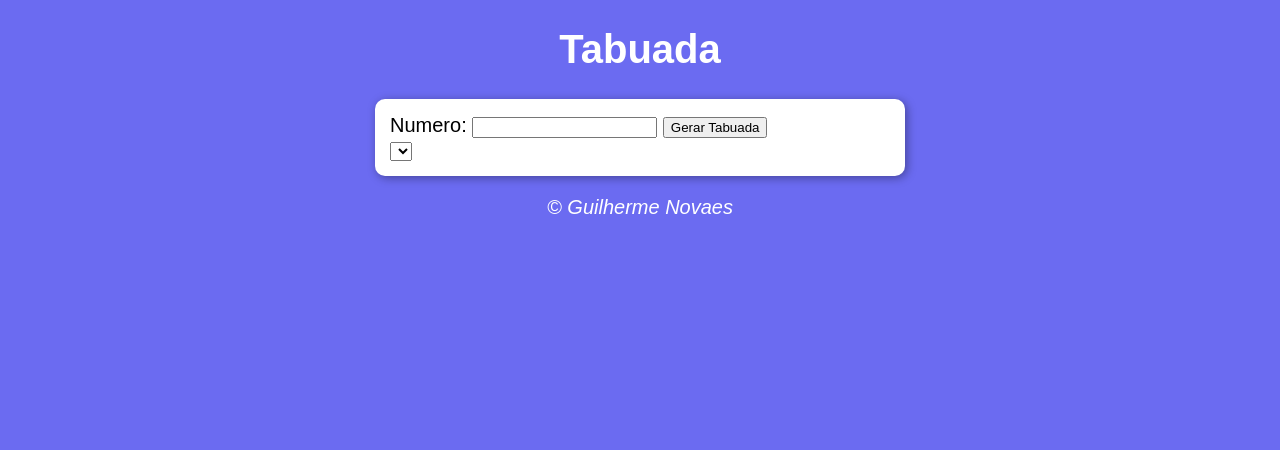
Repository: Guilherme-RNovaes/JavaScript-Curso
Page: Aula 14ex/ex017/index.html
The author's editor kept a copy of each file at every save. The page is drawn from the files as they stood at one save, then again after the next save.
The browser window is 1280 px wide. The pictures show the whole page.

Above is the page before, as saved 2022-09-10 09:11:50.

After the next save:
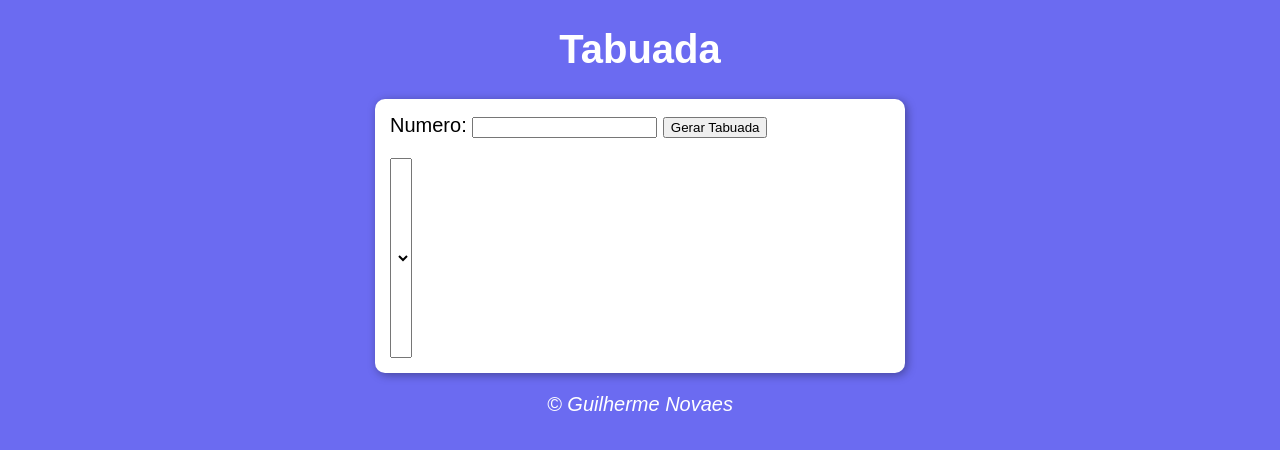
Saved 5 s later.
--- a/Aula 14ex/ex017/index.html
+++ b/Aula 14ex/ex017/index.html
@@ -17,7 +17,7 @@
             <button>Gerar Tabuada</button>
         </div>
         <div>
-            <select name="tabres" id=""></select>
+            <select name="tabres" id="tabres"></select>
         </div>
     </section>
     <footer>
